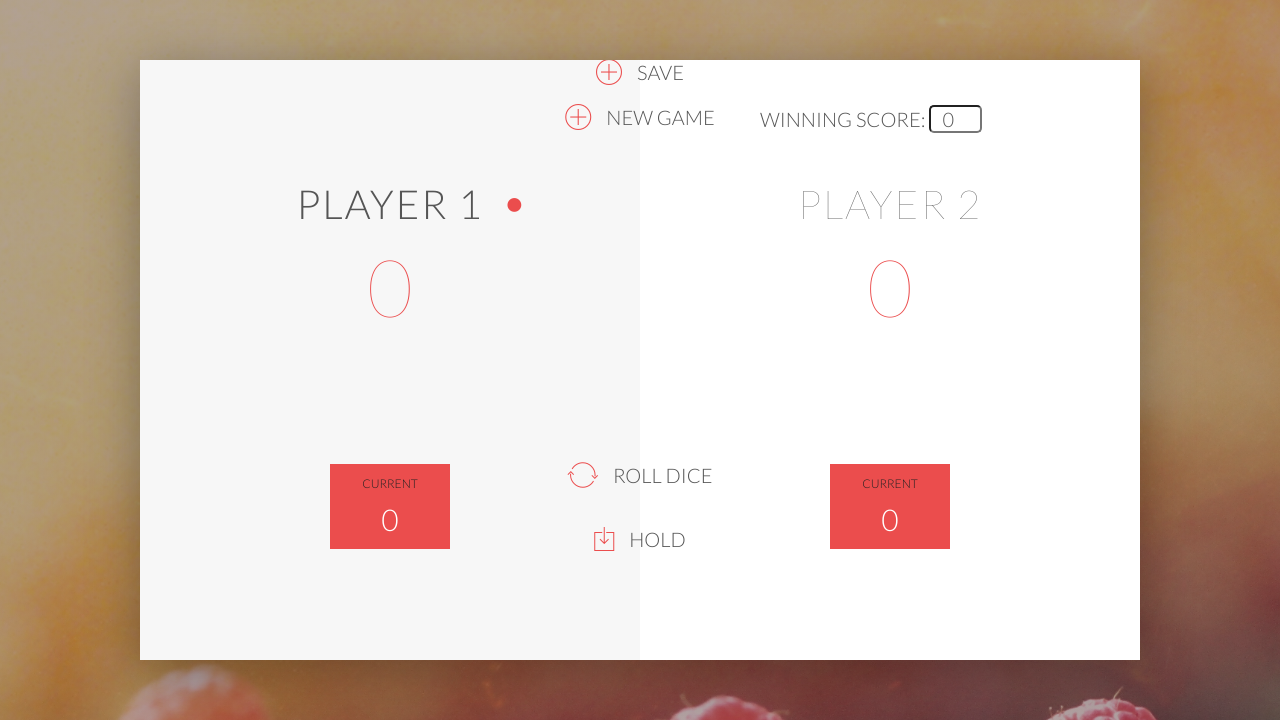
Repository: hexanek/hexanek.github.io
Page: pig-game/index.html
An editor plug-in stored every save of this project. The page is shown before and after the next save, followed by the edit.
The browser window is 1280 px wide. The pictures show the whole page.

Above is the page before, as saved 2019-12-18 21:36:53.

### pig-game/index.html
<!DOCTYPE html>
<html lang="en">
    <head>
        <meta charset="UTF-8">
        <link href="https://fonts.googleapis.com/css?family=Lato:100,300,600" rel="stylesheet" type="text/css">
        <link href="http://code.ionicframework.com/ionicons/2.0.1/css/ionicons.min.css" rel="stylesheet" type="text/css">
        <link type="text/css" rel="stylesheet" href="style.css">

        <title>Pig Game</title>
    </head>

    <body>
        <div class="wrapper clearfix">
            <div class="player-0-panel active">
                <div class="player-name" id="name-0">Player 1</div>
                <div class="player-score" id="score-0">43</div>
                <div class="player-current-box">
                    <div class="player-current-label">Current</div>
                    <div class="player-current-score" id="current-0">11</div>
                </div>
            </div>

            <div class="player-1-panel">
                <div class="player-name" id="name-1">Player 2</div>
                <div class="player-score" id="score-1">72</div>
                <div class="player-current-box">
                    <div class="player-current-label">Current</div>
                    <div class="player-current-score" id="current-1">0</div>
                </div>
            </div>

            <button class="btn-new"><i class="ion-ios-plus-outline"></i>New game</button>
            <button class="btn-roll"><i class="ion-ios-loop"></i>Roll dice</button>
            <button class="btn-hold"><i class="ion-ios-download-outline"></i>Hold</button>
            <button class="btn-save"><i class="ion-ios-plus-outline"></i>Save</button>
            <form action="#" class="form-score">
            Winning score: <input class="input-score" type="number" name="WinningScore" id="winScore" value="100">
            </form>
            <img src="dice-5.png" alt="Dice" class="dice">
        </div>

        <script src="app.js"></script>
    </body>
</html>

### pig-game/style.css
/**********************************************
*** GENERAL
**********************************************/

* {
    margin: 0;
    padding: 0;
    box-sizing: border-box;

}

.clearfix::after {
    content: "";
    display: table;
    clear: both;
}

body {
    background-image: linear-gradient(rgba(62, 20, 20, 0.4), rgba(62, 20, 20, 0.4)), url(back.jpg);
    background-size: cover;
    background-position: center;
    font-family: Lato;
    font-weight: 300;
    position: relative;
    height: 100vh;
    color: #555;
}

.wrapper {
    width: 1000px;
    position: absolute;
    top: 50%;
    left: 50%;
    transform: translate(-50%, -50%);
    background-color: #fff;
    box-shadow: 0px 10px 50px rgba(0, 0, 0, 0.3);
    overflow: hidden;
}

.player-0-panel,
.player-1-panel {
    width: 50%;
    float: left;
    height: 600px;
    padding: 100px;
}



/**********************************************
*** PLAYERS
**********************************************/

.player-name {
    font-size: 40px;
    text-align: center;
    text-transform: uppercase;
    letter-spacing: 2px;
    font-weight: 100;
    margin-top: 20px;
    margin-bottom: 10px;
    position: relative;
}

.player-score {
    text-align: center;
    font-size: 80px;
    font-weight: 100;
    color: #EB4D4D;
    margin-bottom: 130px;
}

.active { background-color: #f7f7f7; }
.active .player-name { font-weight: 300; }

.active .player-name::after {
    content: "\2022";
    font-size: 47px;
    position: absolute;
    color: #EB4D4D;
    top: -7px;
    right: 10px;

}

.player-current-box {
    background-color: #EB4D4D;
    color: #fff;
    width: 40%;
    margin: 0 auto;
    padding: 12px;
    text-align: center;
}

.player-current-label {
    text-transform: uppercase;
    margin-bottom: 10px;
    font-size: 12px;
    color: #222;
}

.player-current-score {
    font-size: 30px;
}

button {
    position: absolute;
    width: 200px;
    left: 50%;
    transform: translateX(-50%);
    color: #555;
    background: none;
    border: none;
    font-family: Lato;
    font-size: 20px;
    text-transform: uppercase;
    cursor: pointer;
    font-weight: 300;
    transition: background-color 0.3s, color 0.3s;
}


button:hover { font-weight: 600; }
button:hover i { margin-right: 20px; }

button:focus {
    outline: none;
}

i {
    color: #EB4D4D;
    display: inline-block;
    margin-right: 15px;
    font-size: 32px;
    line-height: 1;
    vertical-align: text-top;
    margin-top: -4px;
    transition: margin 0.3s;
}

.btn-new { top: 45px;}
.btn-roll { top: 403px;}
.btn-hold { top: 467px;}
/* .input-score {
     top: 83px;
     position: absolute;
    width: 53px;
    left: 50%;
    transform: translateX(-50%);
    color: #555;
    background: none;
    border-radius: 5px;
    font-family: Lato;
    font-size: 20px;
    text-transform: uppercase;
    cursor: default;
    font-weight: 300;
    transition: background-color 0.3s, color 0.3s;
    } */
.input:focus{
    border: 3px solid #555;
}
.form-score{
    top: 45px;
     position: absolute;
    width: 400px;
    left: 82%;
    transform: translateX(-50%);
    color: #555;
    background: none;
    border-radius: 5px;
    font-family: Lato;
    font-size: 20px;
    text-transform: uppercase;
    cursor: default;
    font-weight: 300;
    transition: background-color 0.3s, color 0.3s;
}
.form-score input {
    text-align: center;
    width: 53px;
    color: #555;
    background: none;
    border-radius: 5px;
    font-family: Lato;
    font-size: 20px;
    text-transform: uppercase;
    cursor: default;
    font-weight: 300;
    transition: background-color 0.3s, color 0.3s;
}

.dice {
    position: absolute;
    left: 50%;
    top: 178px;
    transform: translateX(-50%);
    height: 100px;
    box-shadow: 0px 10px 60px rgba(0, 0, 0, 0.10);
}

.winner { background-color: #f7f7f7; }
.winner .player-name { font-weight: 300; color: #EB4D4D; }

### pig-game/app.js

var scores, roundScore, activePlayer, gamePlaying, doubleSix;
    init();



document.querySelector('.btn-roll').addEventListener('click', function(){
    if(gamePlaying){
    var dice = Math.floor(Math.random() * 6) + 1;


    var diceDom = document.querySelector('.dice');
    diceDom.style.display = 'block';
    diceDom.src = 'dice-' + dice + '.png';

    if (dice !== 1 && doubleSix !== dice) {

        doubleSix = dice;
        roundScore += dice;
        document.querySelector('#current-' + activePlayer).textContent = roundScore;

    } else {

        nextPlayer();
        doubleSix = 0;

    }


}


});




document.querySelector('.btn-hold').addEventListener('click', function(){
    if(gamePlaying){
    scores[activePlayer] += roundScore;
    document.querySelector('#score-' + activePlayer).textContent = scores[activePlayer];
    doubleSix = 0;


    if (scores[activePlayer] >= 100) {
        document.getElementById('name-' + activePlayer).textContent = 'Winner!';
        document.querySelector('.player-'+activePlayer+ '-panel').classList.add('winner');
        document.querySelector('.player-'+activePlayer+ '-panel').classList.remove('active');
        document.querySelector('.dice').style.display = 'none';
        gamePlaying = false;


    } else {
        nextPlayer();

    }
}
});

document.querySelector('.btn-new').addEventListener('click',  init);


function nextPlayer(){
    activePlayer === 0 ? activePlayer = 1 : activePlayer = 0;
        roundScore = 0;
        document.getElementById('current-0').textContent = '0';
        document.getElementById('current-1').textContent = '0';

        document.querySelector('.player-0-panel').classList.toggle('active');
        document.querySelector('.player-1-panel').classList.toggle('active');

        document.querySelector('.dice').style.display = 'none';
}

function init(){
    scores = [0,0];
    roundScore = 0;
    activePlayer = 0;
    gamePlaying = true;

    document.querySelector('.dice').style.display = 'none';
    var cos = 0;
    //document.querySelector('#current-'+ activePlayer).textContent = dice;
    document.getElementById('score-0').textContent = '0';
    document.getElementById('score-1').textContent = '0';
    document.getElementById('current-0').textContent = '0';
    document.getElementById('current-1').textContent = '0';
    document.getElementById('name-0').textContent = 'Player 1';
    document.getElementById('name-1').textContent = 'Player 2';
    document.querySelector('.player-0-panel').classList.remove('winner');
    document.querySelector('.player-1-panel').classList.remove('winner');
    document.querySelector('.player-0-panel').classList.remove('active');
    document.querySelector('.player-1-panel').classList.remove('active');
    document.querySelector('.player-0-panel').classList.add('active');
    document.getElementById('winScore').value = cos;
    console.log(cos);



}

After the next save:
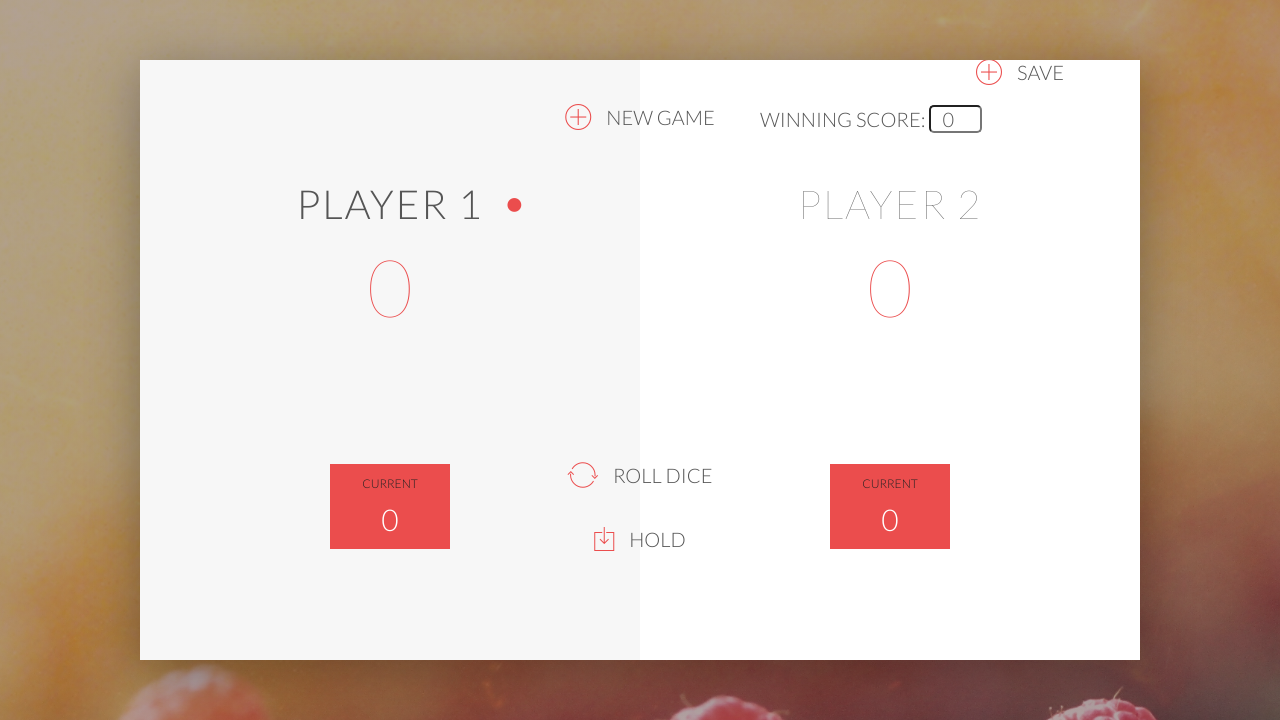
Saved 33 s later.
--- a/pig-game/style.css
+++ b/pig-game/style.css
@@ -141,6 +141,9 @@ i {
 .btn-new { top: 45px;}
 .btn-roll { top: 403px;}
 .btn-hold { top: 467px;}
+.btn-save {
+    left: 88%;
+}
 /* .input-score {
      top: 83px;
      position: absolute;
